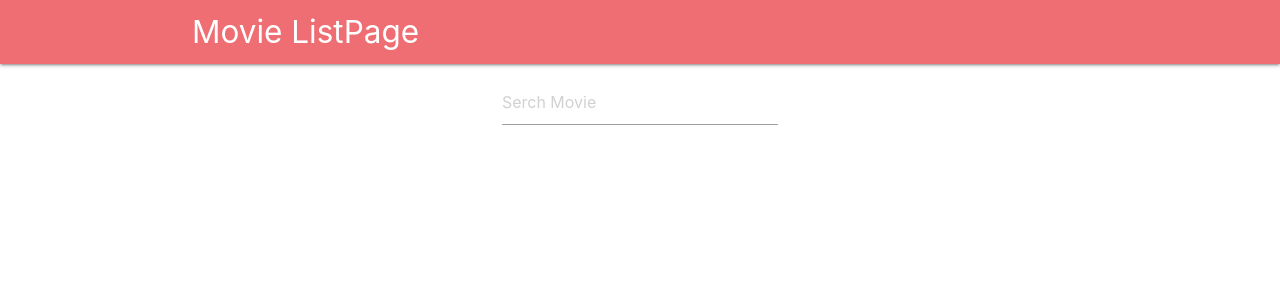
Repository: Reiya-1003/React-Ts-Node-App
Page: /
The author's editor kept a copy of each file at every save. The page is drawn from the files as they stood at one save, then again after the next save.
The browser window is 1280 px wide. The pictures show the whole page.
The project was rebuilt for these pictures with package versions that can differ from the ones it lists, and the page was loaded fresh each time.

Above is the page before, as saved 2021-11-12 15:21:14.

After the next save:
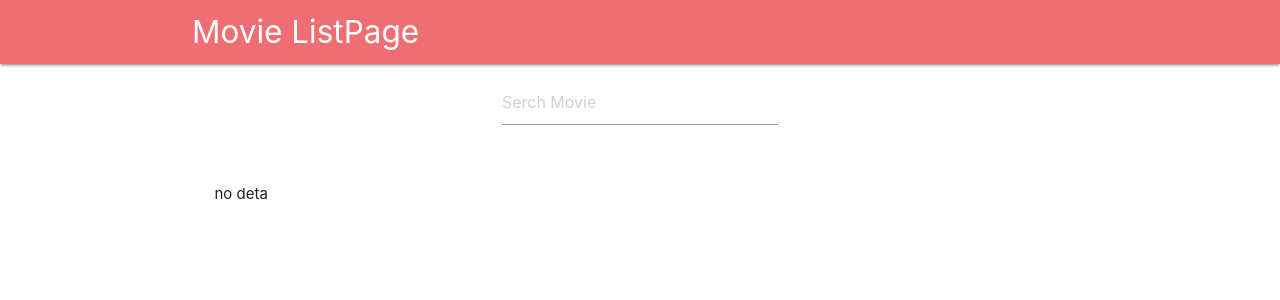
Saved 26 s later.
--- a/src/components/MovieList.tsx
+++ b/src/components/MovieList.tsx
@@ -15,7 +15,7 @@
       <div className="row">
         <div className="col s12">
           <div className="col s12 m6 l3">
-            {movies === undefined ? (
+            {movies.length === 0 ? (
               <p>no deta</p>
             ) : (
               Movie.map((list: any, i: any) => {
